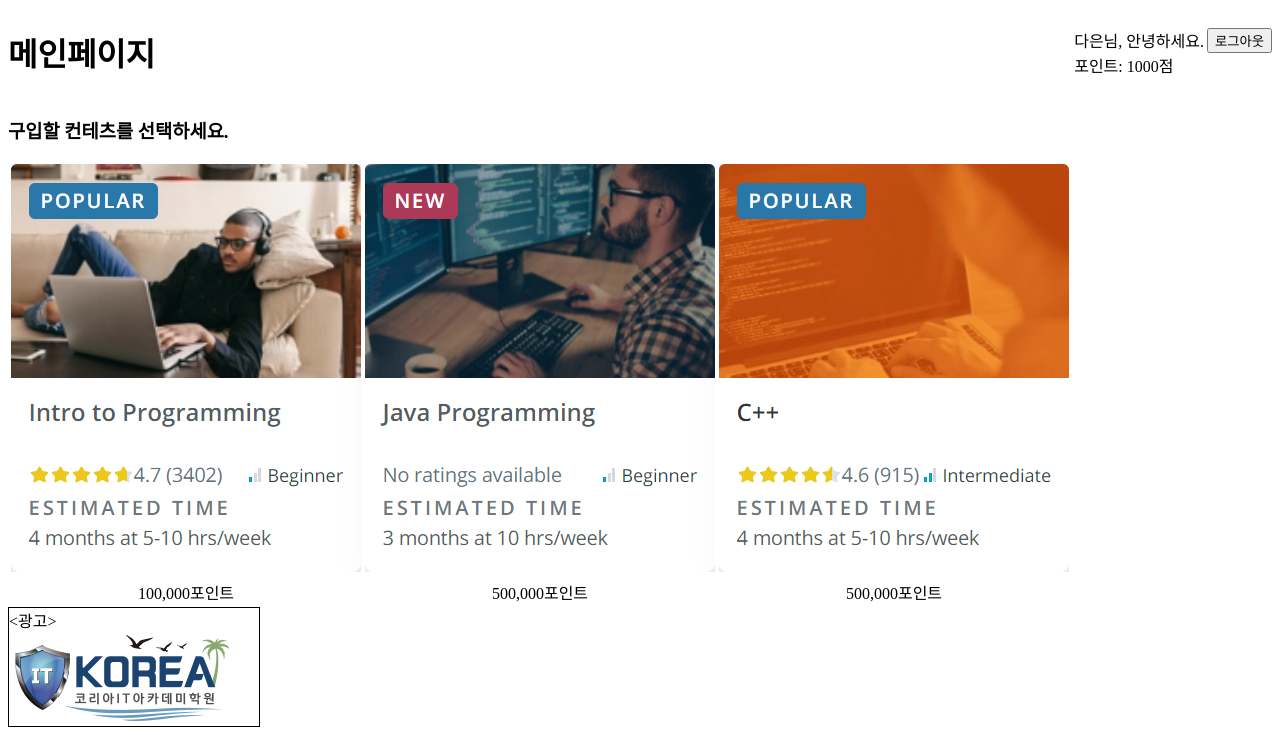
Repository: euniiee/test11
Page: http://localhost/Project/main.jsp
These files come from the project's save history. The page is drawn as it stood at one moment and after the next save; the edit follows.
The browser window is 1280 px wide. The pictures show the whole page.
The page is served by Tomcat 9.

Above is the page before, as saved 2023-02-01 02:33:42.

After the next save:
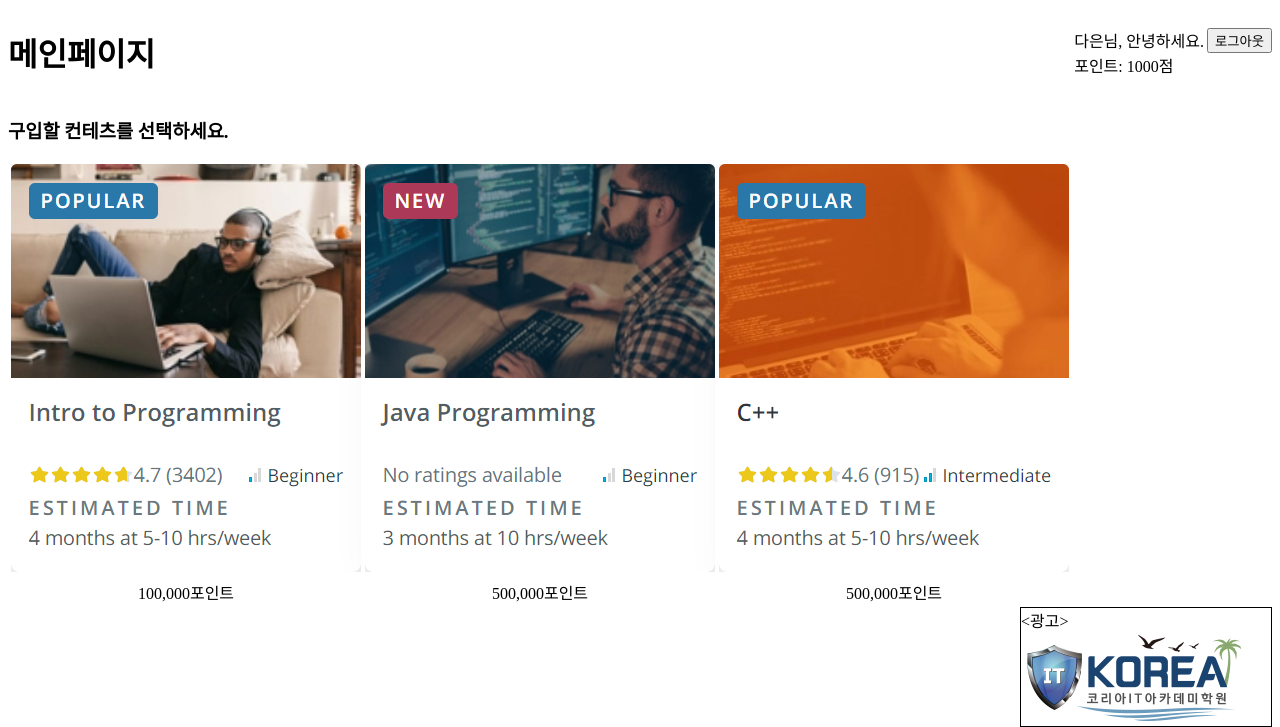
Saved 67 s later.
--- a/Project/WebContent/main.jsp
+++ b/Project/WebContent/main.jsp
@@ -32,7 +32,7 @@
 		</tr>
 	</table>
 	<footer>
-		<div style="border: 1px solid black; width: 250px;">
+		<div style="border: 1px solid black; width: 250px;     float: right;">
 			<span><광고></span>
 			<img src="korea_it.png">
 		</div>
